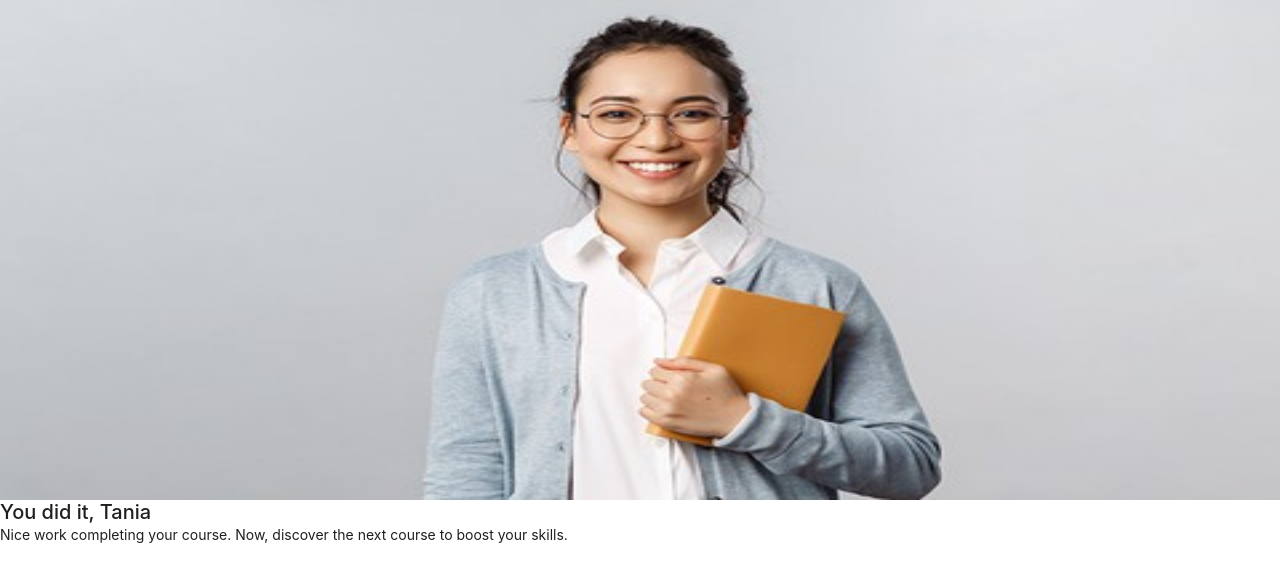
Repository: Taniafdes/newProject
Page: /home/home
These files come from the project's save history. The page is drawn as it stood at one moment and after a run of saves; the edit follows.
The browser window is 1280 px wide. The pictures show the whole page.
The project was rebuilt for these pictures with package versions that can differ from the ones it lists, and the page was loaded fresh each time. The framework's server and built-in components were replaced by stand-ins that run in the browser. Also part of the build but not shown: next.config.js.

Above is the page before, as saved 2023-06-15 17:02:49.

### pages/_app.js
import Head from "next/head";
import Script from "next/script";
import 'bootstrap/dist/css/bootstrap.css'
import 'bootstrap/dist/css/bootstrap.min.css'
function MyApp({ Component, pageProps }) {
  return (
    <>
      <Head>
        <meta name="viewport" content="width=device-width, initial-scale=1" />
      </Head>

      <Script
        src="https://cdn.jsdelivr.net/npm/bootstrap@5.0.0-beta1/dist/js/bootstrap.bundle.min.js"
        integrity="sha384-ygbV9kiqUc6oa4msXn9868pTtWMgiQaeYH7/t7LECLbyPA2x65Kgf80OJFdroafW"
        crossOrigin="anonymous"
      />
      <Component {...pageProps} />
    </>
  );
}
export default MyApp;

### pages/home/home.js
import { Carousel } from 'antd';
import { Card } from 'react-bootstrap';
import Image from 'next/image';

const Home = () => {
  const onChange = (currentSlide) => {
    console.log(currentSlide);
  };
  return (
    <Carousel afterChange={onChange}>
      <div>
        <Image src='/images/image1.jpg' width={0} height={0} style={{ width: '100%', height: '500px' }}/>
        <Card.Body>
        <Card.Title>You did it, Tania</Card.Title>
        <Card.Text>
        Nice work completing your course. Now, discover the next course to boost your skills.
        </Card.Text>
      </Card.Body>
      </div>
      <div>
      <Image src='/images/image2.jpg' width={0} height={0} style={{ width: '100%', height: '100px' }}/>
        <Card.Body>
        <Card.Title>We missed you, Tania</Card.Title>
        <Card.Text>Get back on track and achieve your goals. 5–10 minutes a day will do.
        </Card.Text>
      </Card.Body>
      </div>
      <div>
      <Image src='/images/image3.jpg' width={0} height={0} style={{ width: '100%', height: '100px' }}/>
        <Card.Body>
        <Card.Title>Skills for your future</Card.Title>
        <Card.Text>Expand your potential with a course for as little as ₹529. Sale ends June 16.
        </Card.Text>
      </Card.Body>
      </div>
    </Carousel>
  );
};
export default Home;

After the next 3 saves:
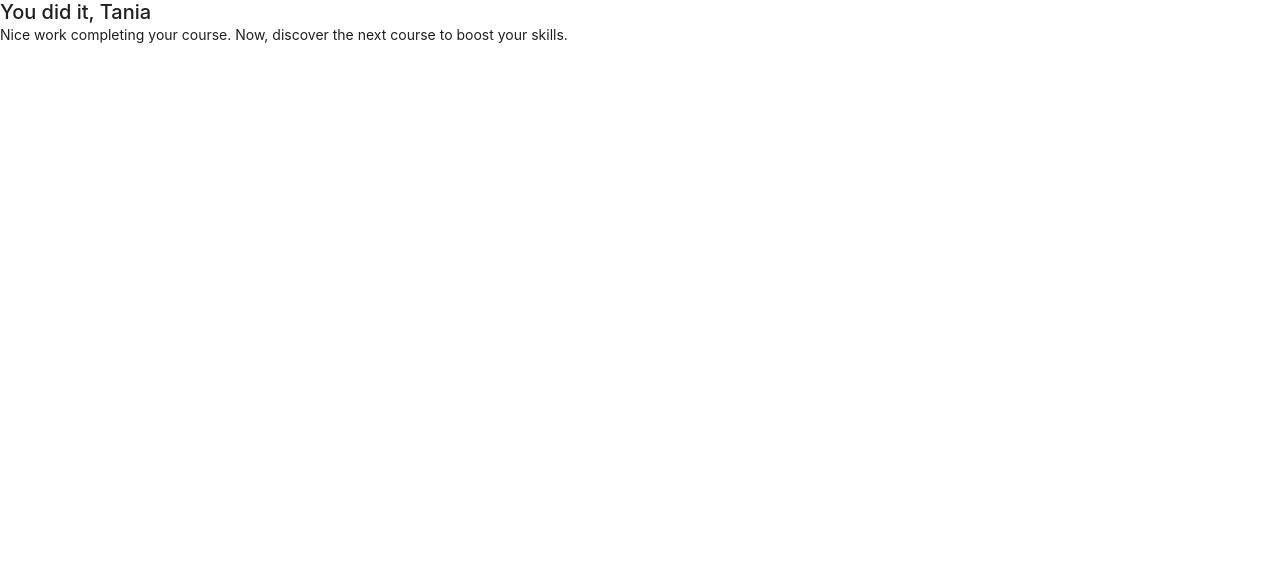
The 3 saves are shown as one change because they came seconds apart.
The last was saved 35 s later.
--- a/pages/home/home.js
+++ b/pages/home/home.js
@@ -9,7 +9,7 @@
   return (
     <Carousel afterChange={onChange}>
       <div>
-        <Image src='/images/image1.jpg' width={0} height={0} style={{ width: '100%', height: '500px' }}/>
+        <Image src='/images/image1.jpg' width={100} height={0} />
         <Card.Body>
         <Card.Title>You did it, Tania</Card.Title>
         <Card.Text>
